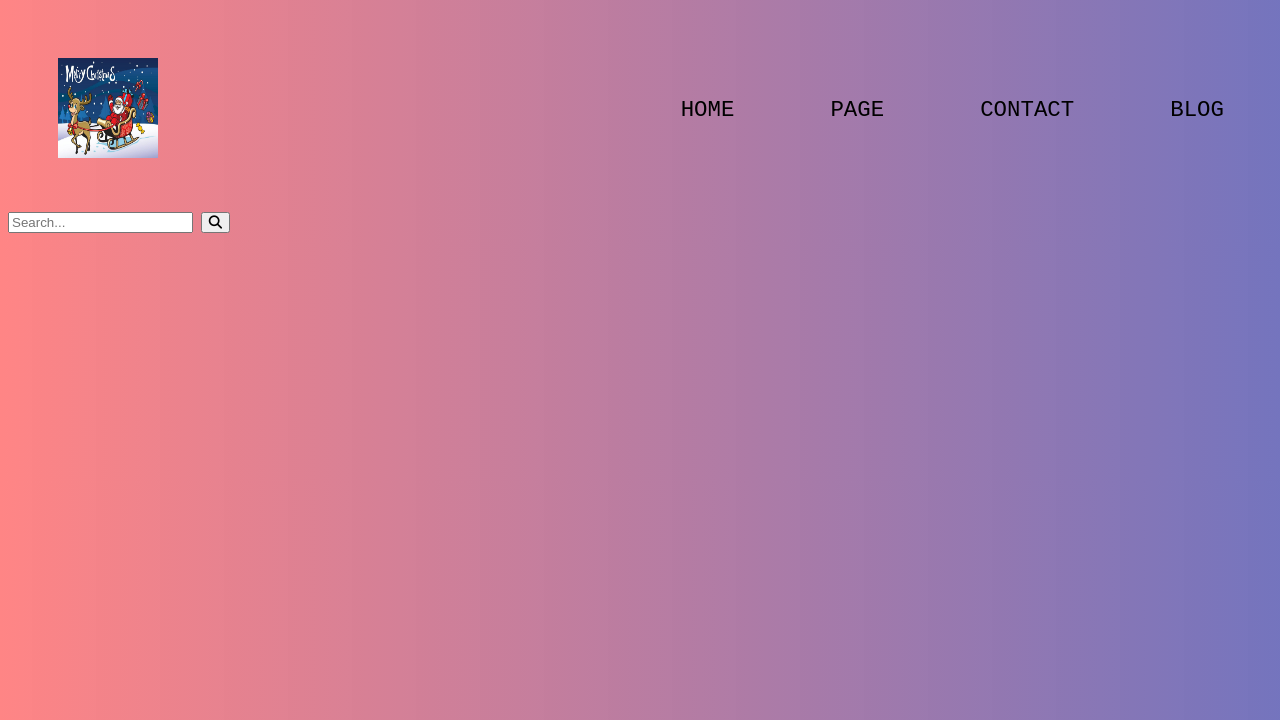
Repository: 16-Doffy/FE-UI
Page: menu/index.html
These files come from the project's save history. The page is drawn as it stood at one moment and after the next save; the edit follows.
The browser window is 1280 px wide. The pictures show the whole page.

Above is the page before, as saved 2024-12-23 18:09:23.

### menu/index.html
<!DOCTYPE html>
<html lang="en">
<head>
    <meta charset="UTF-8">
    <meta name="viewport" content="width=device-width, initial-scale=1.0">
    <link rel="stylesheet" href="styles.css">
    <link href="https://cdnjs.cloudflare.com/ajax/libs/font-awesome/6.5.1/css/all.min.css" rel="stylesheet">

    <title>Document</title>
</head>
<body>
    <div class="header">
        <div class="header-inner">
            <div class="logo">
                <img src="../img/n3.jpg" alt="">
            </div>
            <ul class="menu">
                <li class="menu-item">
                    <a href="" class="menu-link">Home</a>
                <div class="menu-child" >
                    <div class="menu-child-item">
                        <h4>Giày</h4>
                        <ul class="menu-child-first" style="list-style: none;">
                            <li>Vans</li>
                            <li>Nike AF1</li>
                            <li>Convert</li>
                            <li>Cross</li>
                            <li>...</li>
                        </ul>
                    </div>
                    <div class="menu-child-item">
                        <h4>Áo</h4>
                        <ul class="menu-child-first" style="list-style: none;">
                            <li>Áo Khoác</li>
                            <li>Bomber</li>
                            <li>Áo Phao</li>
                            <li>Áo Thun</li>
                            <li>...</li>
                        </ul>
                    </div>
                    <div class="menu-child-item">
                        <h4>Quần</h4>
                        <ul class="menu-child-first" style="list-style: none;">
                            <li>Quần Da</li>
                            <li>Short</li>
                            <li>Kaki</li>
                            <li>Tây</li>
                            <li>...</li>
                        </ul>
                    </div>
                    <div class="menu-child-item">
                        <h4>Phụ Kiện</h4>
                        <ul class="menu-child-first" style="list-style: none;">
                            <li>Nhẫn</li>
                            <li>Vòng cổ</li>
                            <li>Lắc tay</li>
                            <li> Thắc lưng</li>         <li>...</li>
                        </ul>
                    </div>
                </div>
                </li>
                <li class="menu-item"><a href="" class="menu-link">page</a></li>
                <li class="menu-item"><a href="" class="menu-link">contact</a></li>
                <li class="menu-item"><a href="" class="menu-link">blog</a></li>
            </ul>
        </div>

    </div>
    <div class="search-bar">
        <input type="text" placeholder="Search...">
        <button class="search-btn"><i class="fas fa-search"></i></button>
    </div>
</body>
</html>

### menu/styles.css
:root {
    --color: #05219ba1;
    --fs: 15px;
}
body {
    background-image: linear-gradient(to left, rgba(6, 6, 138, 0.555), rgba(255, 0, 0, 0.479));
    font-family: monospace;
}

.header-inner {
    max-width: 1024;
    margin: 0 auto;
    display: flex;
    align-items: center;
    justify-content: space-between;
    position: relative;
}
.logo{
  max-width: 2rem;
}
.logo img{
   width: 100px;
   height: 100px;
   padding: 50px;
   border-radius: 50px;
  }
.menu {
    display: flex;
    align-items: center;
}
.menu-item {
    margin: 0 1rem;
    list-style: none;
}
.menu-item:hover .menu-child {
    opacity: 1;
    visibility: visible;
}
.menu-link {
color: black;
text-transform: uppercase;
text-decoration: none;
font-size: 1.4rem;
display: flex;
padding: 2rem;
list-style: none;
}

.menu-child{
position: absolute;
top: 100%;
left: 0;
width: 100%;
background-image: linear-gradient(to right,rgba(4, 4, 88, 0.26),#6A5AF9);
display: flex;
opacity: 0;
visibility: hidden;
transition:  0.25s linear;
}
.menu-child-item{
    padding: 20px;
    list-style: none;
width: 25%;
}
.menu-child-item h4{
    list-style: none;
    color: white;
    font-size: 1.2rem;
    padding: 1rem;
    justify-content: center;
    width: 50%;
    gap: 10px;
    background-image: linear-gradient(to right,rgba(13, 13, 128, 0.568),#6A5AF9);
}
.menu-child-first{
color: rgba(251, 251, 252, 0.747);
font-size: 1.3rem;
font-weight: 600;
justify-content: center;
align-items: center;
}

After the next save:
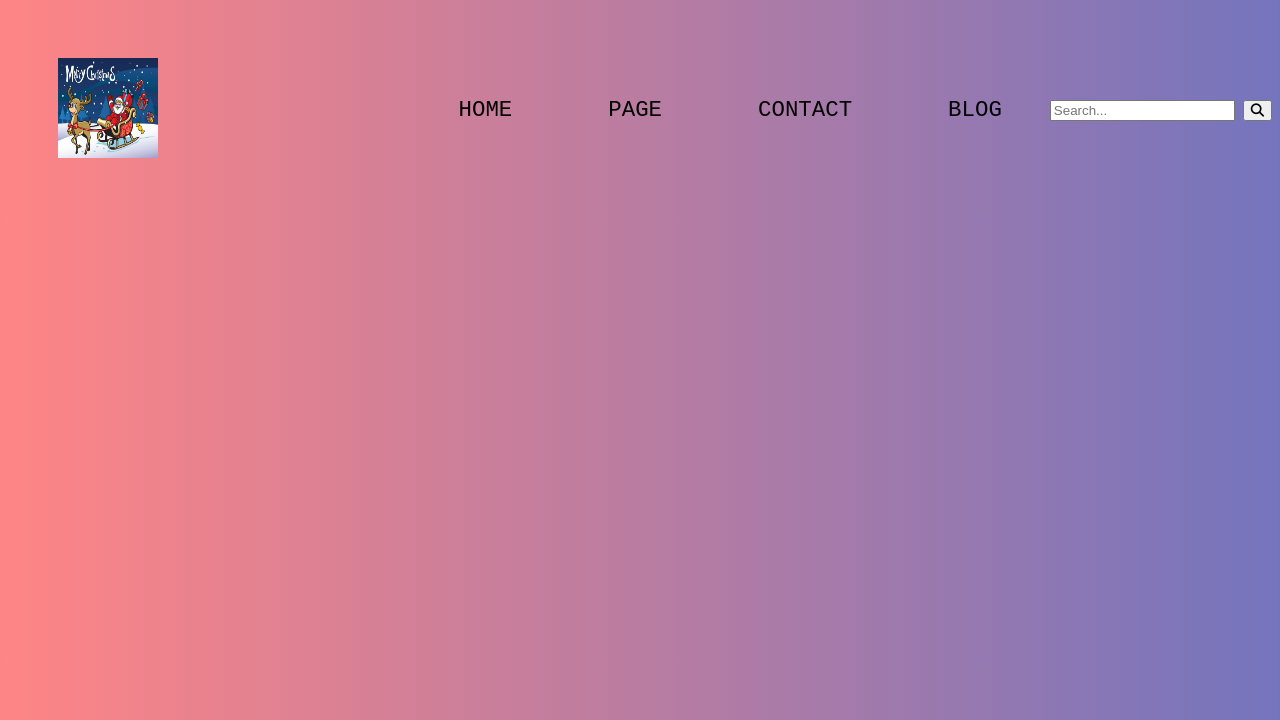
Saved 8 s later.
--- a/menu/index.html
+++ b/menu/index.html
@@ -62,13 +62,14 @@
                 <li class="menu-item"><a href="" class="menu-link">page</a></li>
                 <li class="menu-item"><a href="" class="menu-link">contact</a></li>
                 <li class="menu-item"><a href="" class="menu-link">blog</a></li>
+                <div class="search-bar">
+                    <input type="text" placeholder="Search...">
+                    <button class="search-btn"><i class="fas fa-search"></i></button>
+                </div>
             </ul>
         </div>
 
     </div>
-    <div class="search-bar">
-        <input type="text" placeholder="Search...">
-        <button class="search-btn"><i class="fas fa-search"></i></button>
-    </div>
+
 </body>
 </html>
